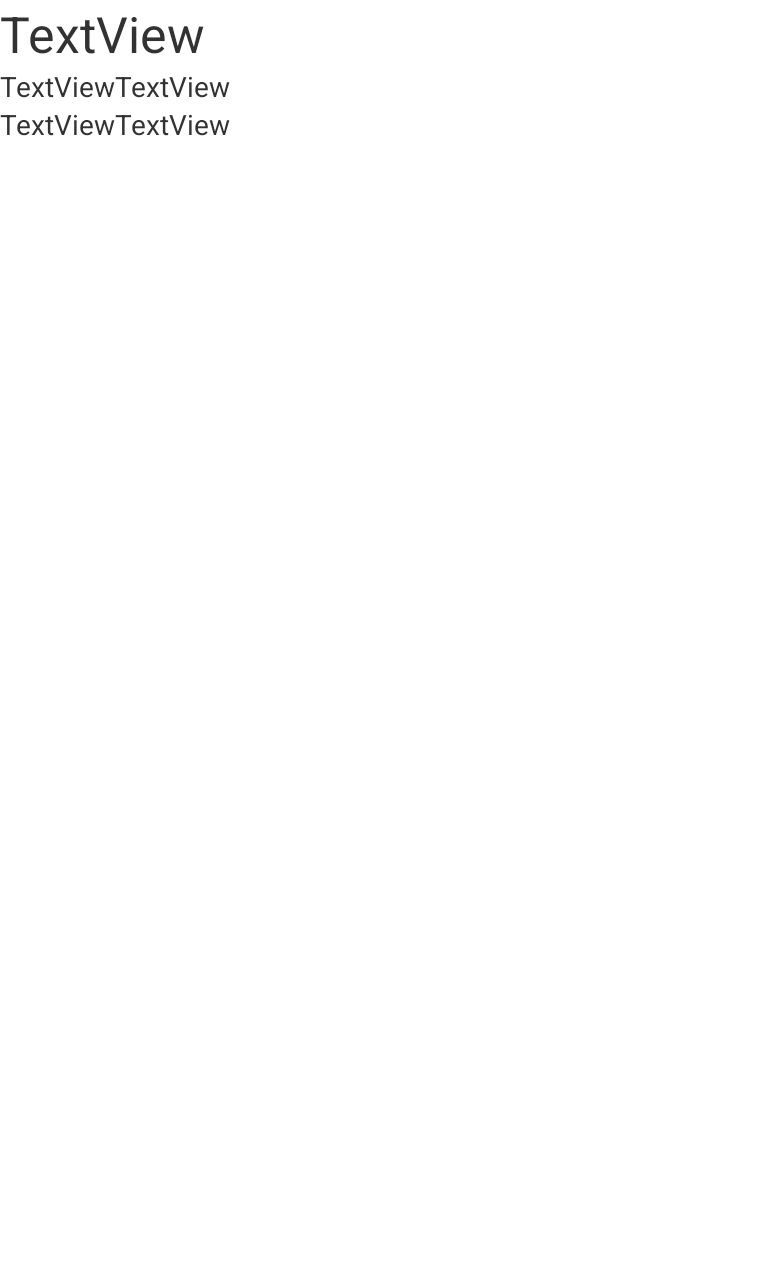
Repository: SuperMannnnnn/test
Layout: PictureStore/res/layout/item_new.xml
These files come from the project's save history. The layout is drawn as it stood at one moment and after the next save; the edit follows.
It is drawn on a 768 x 1280 px phone screen (xhdpi) without system bars, with theme android:Theme.Light.NoTitleBar; the app's code is not run.

Above is the layout before, as saved 2016-07-10 08:37:46.

### PictureStore/res/layout/item_new.xml
<?xml version="1.0" encoding="utf-8"?>
<RelativeLayout xmlns:android="http://schemas.android.com/apk/res/android"
    android:layout_width="match_parent"
    android:layout_height="match_parent" >

    <TextView
        android:id="@+id/tv_title"
        android:layout_width="match_parent"
        android:layout_height="wrap_content"
        android:layout_alignParentLeft="true"
        android:layout_alignParentTop="true"
        android:singleLine="true"
        android:textSize="25sp"
        android:text="TextView" />

    <TextView
        android:id="@+id/tv_source"
        android:layout_width="wrap_content"
        android:layout_height="wrap_content"
        android:layout_alignParentLeft="true"
        android:layout_below="@+id/tv_title"
        android:text="TextView" />

    <TextView
        android:id="@+id/tv_time"
        android:layout_width="wrap_content"
        android:layout_height="wrap_content"
        android:layout_below="@+id/tv_title"
        android:layout_toRightOf="@+id/tv_source"
        android:text="TextView" />

    <TextView
        android:id="@+id/tv_digg_count"
        android:layout_width="wrap_content"
        android:layout_height="wrap_content"
        android:layout_alignParentLeft="true"
        android:layout_below="@+id/tv_source"
        android:text="TextView" />

    <TextView
        android:id="@+id/tv_repin_count"
        android:layout_width="wrap_content"
        android:layout_height="wrap_content"
        android:layout_alignLeft="@+id/tv_time"
        android:layout_below="@+id/tv_time"
        android:text="TextView" />

</RelativeLayout>

After the next save:
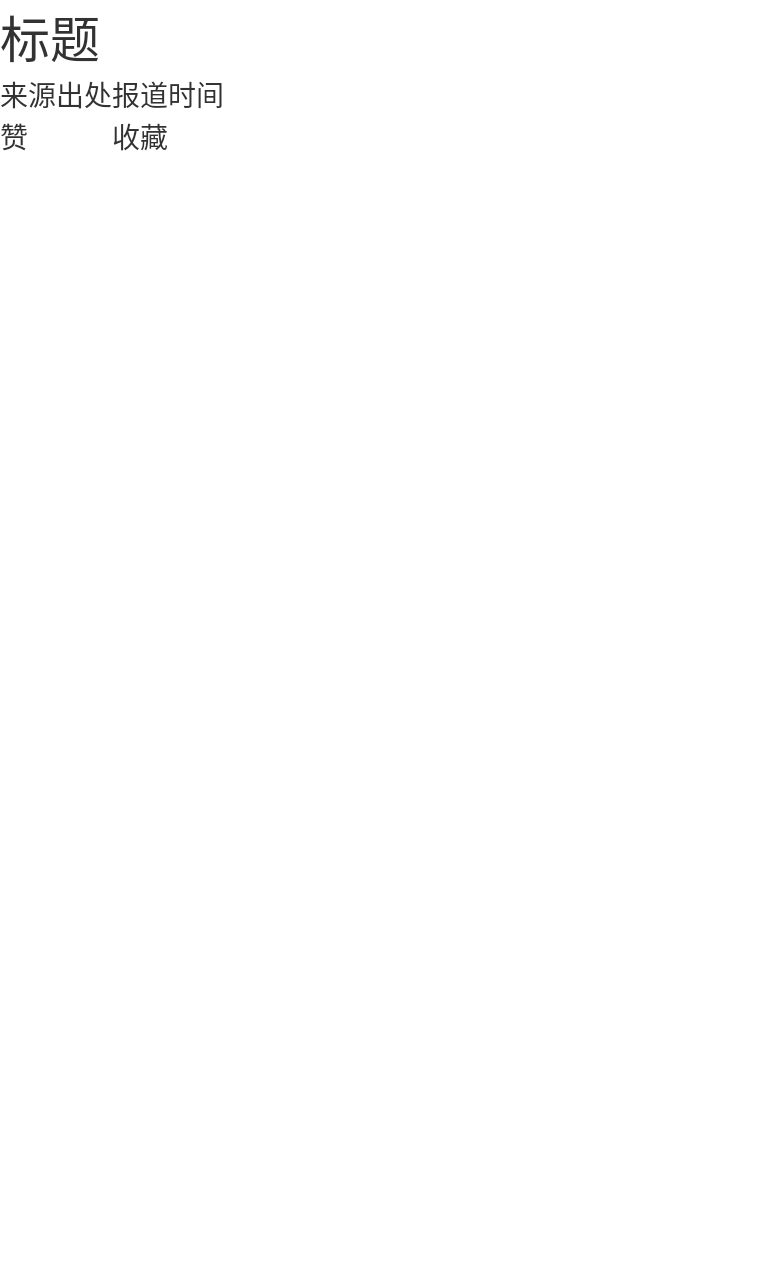
Saved 68 s later.
--- a/PictureStore/res/layout/item_new.xml
+++ b/PictureStore/res/layout/item_new.xml
@@ -11,7 +11,7 @@
         android:layout_alignParentTop="true"
         android:singleLine="true"
         android:textSize="25sp"
-        android:text="TextView" />
+        android:text="标题" />
 
     <TextView
         android:id="@+id/tv_source"
@@ -19,7 +19,7 @@
         android:layout_height="wrap_content"
         android:layout_alignParentLeft="true"
         android:layout_below="@+id/tv_title"
-        android:text="TextView" />
+        android:text="来源出处" />
 
     <TextView
         android:id="@+id/tv_time"
@@ -27,7 +27,7 @@
         android:layout_height="wrap_content"
         android:layout_below="@+id/tv_title"
         android:layout_toRightOf="@+id/tv_source"
-        android:text="TextView" />
+        android:text="报道时间" />
 
     <TextView
         android:id="@+id/tv_digg_count"
@@ -35,7 +35,7 @@
         android:layout_height="wrap_content"
         android:layout_alignParentLeft="true"
         android:layout_below="@+id/tv_source"
-        android:text="TextView" />
+        android:text="赞" />
 
     <TextView
         android:id="@+id/tv_repin_count"
@@ -43,6 +43,6 @@
         android:layout_height="wrap_content"
         android:layout_alignLeft="@+id/tv_time"
         android:layout_below="@+id/tv_time"
-        android:text="TextView" />
+        android:text="收藏" />
 
 </RelativeLayout>
